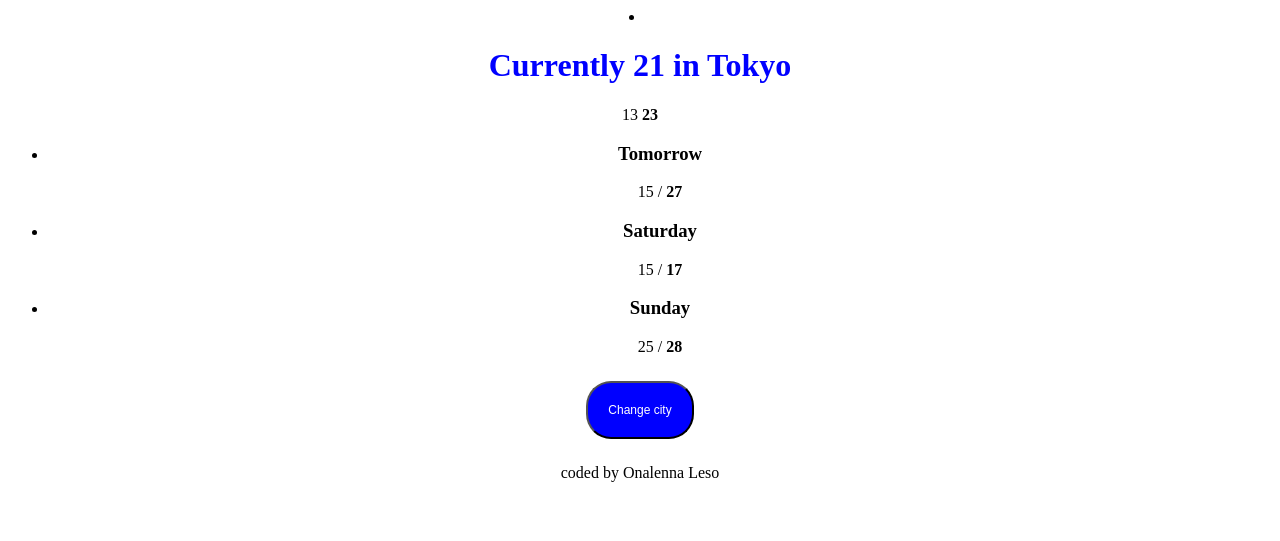
Repository: onalennaleso/empty
Page: homework w1.html
An editor plug-in stored every save of this project. The page is shown before and after the next save, followed by the edit.
The browser window is 1280 px wide. The pictures show the whole page.

Above is the page before, as saved 2024-02-02 00:21:32.

After the next save:
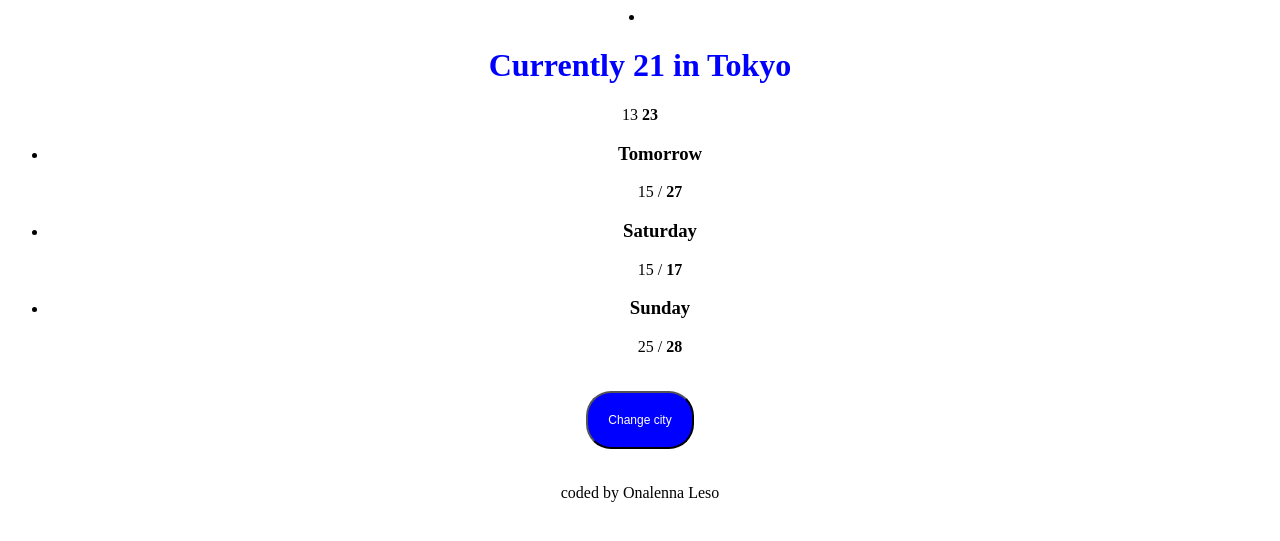
Saved 34 s later.
--- a/homework w1.html
+++ b/homework w1.html
@@ -31,7 +31,7 @@
     button {
         display: block;
         padding: 20px;
-        margin: 25px auto;
+        margin: 35px auto;
         font-size: 12px;
         color: white;
         background: blue;
